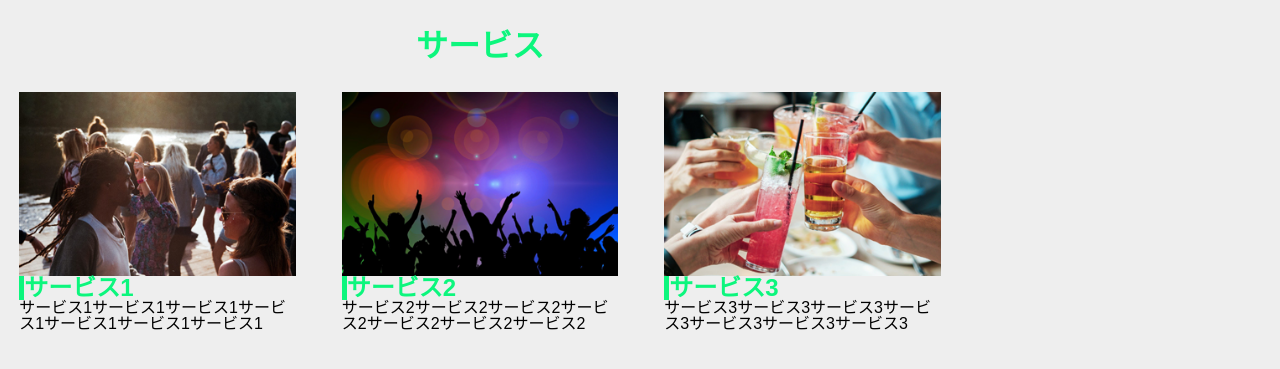
Repository: sonoyama01/dezasuta
Page: 第３回課題/work2/index.html
An editor plug-in stored every save of this project. The page is shown before and after the next save, followed by the edit.
The browser window is 1280 px wide. The pictures show the whole page.

Above is the page before, as saved 2024-04-27 23:10:39.

After the next save:
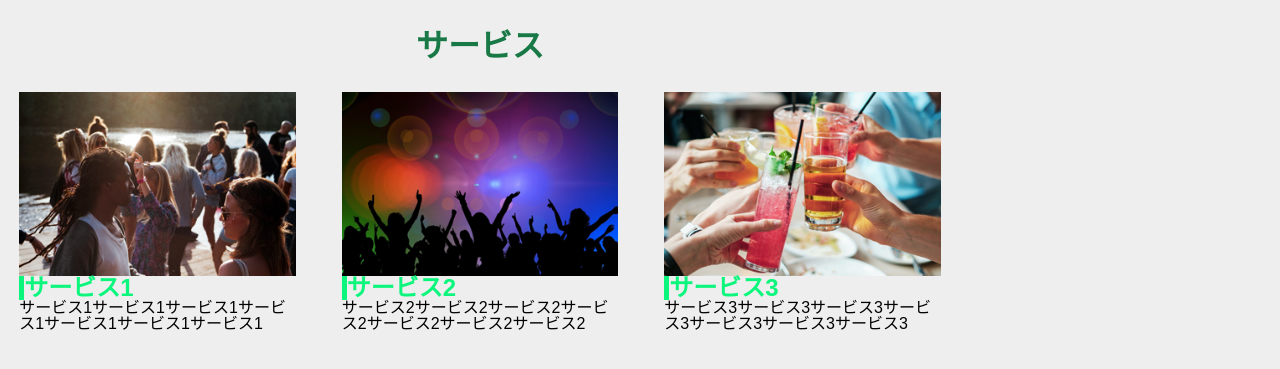
Saved 4 min 44 s later.
--- a/第３回課題/work2/css/style.css
+++ b/第３回課題/work2/css/style.css
@@ -6,9 +6,9 @@ body {
 }
 h1 {
   text-align: center;
-  color: rgb(12, 246, 125);
+  color: rgb(24, 120, 70);
   margin: 30px auto;
-  padding: 0px auto;
+  padding: 30px auto;
 }
 
 h2 {
